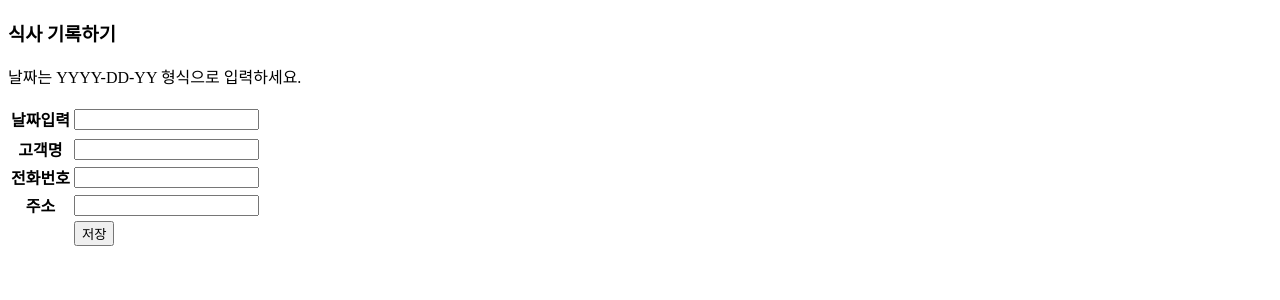
Repository: dkdud8140/OneDayProject_server
Page: http://localhost/Oneday_Server_food/food/insert
The author's editor kept a copy of each file at every save. The page is drawn from the files as they stood at one save, then again after the next save.
The browser window is 1280 px wide. The pictures show the whole page.
The page is served by Tomcat 9. Other server files are loaded and not shown.

Above is the page before, as saved 2021-05-10 05:10:33.

### Oneday_Server_food/src/main/webapp/WEB-INF/view/insert.jsp
<%@ page language="java" contentType="text/html; charset=UTF-8"
    pageEncoding="UTF-8"%>
<!DOCTYPE html>
<html>
<head>
<meta charset="UTF-8">
<title>식사 기록하기</title>
</head>
<body>
	<h3>식사 기록하기</h3>
	<p>날짜는 YYYY-DD-YY 형식으로 입력하세요.
	<form action = "POST">
		<table>
			<tr><th>날짜입력</th><td><input name = "date"></td></tr>
		</table>
	</form>




		<form method="POST">
		<table>
			<tr><th>고객명</th><td><input name ="name"></td></tr>
			<tr><th>전화번호</th><td><input name ="tel"></td></tr>
			<tr><th>주소</th><td><input name ="addr"></td></tr>
			<tr><th></th><td><button>저장</button></td></tr>
		</table>
	</form>



</body>
</html>

### Oneday_Server_food/src/main/java/com/com/food/controller/MainController.java
package com.com.food.controller;

import java.io.IOException;
import java.util.List;

import javax.servlet.RequestDispatcher;
import javax.servlet.ServletException;
import javax.servlet.annotation.WebServlet;
import javax.servlet.http.HttpServlet;
import javax.servlet.http.HttpServletRequest;
import javax.servlet.http.HttpServletResponse;

import com.com.food.model.MyfoodsDTO;
import com.com.food.service.DBConnection;
import com.com.food.service.impl.FoodImplV1;

@WebServlet("/food/*")
public class MainController extends HttpServlet {

	private static final long serialVersionUID = 1L;

	public DBConnection dbConn;
	public FoodImplV1 fSer;

	public MainController() {
		dbConn = new DBConnection();
		fSer = new FoodImplV1();
	}

	@Override
	protected void doGet(HttpServletRequest req, HttpServletResponse resp) throws ServletException, IOException {

		resp.setContentType("text/html;charset=UTF-8");
		String subPath = req.getPathInfo();

		if (subPath.equals("/selectall")) {
			List<MyfoodsDTO> mfList = fSer.selectAll();

			req.setAttribute("MFLIST", mfList);
			RequestDispatcher rDis = req.getRequestDispatcher("/WEB-INF/view/selectall.jsp");
			rDis.forward(req, resp);
		} else if (subPath.equals("/insert")) {

			RequestDispatcher rDis = req.getRequestDispatcher("/WEB-INF/view/insert.jsp");
			rDis.forward(req, resp);

		}

	}

	@Override
	protected void doPost(HttpServletRequest req, HttpServletResponse resp) throws ServletException, IOException {

	}

}

After the next save:
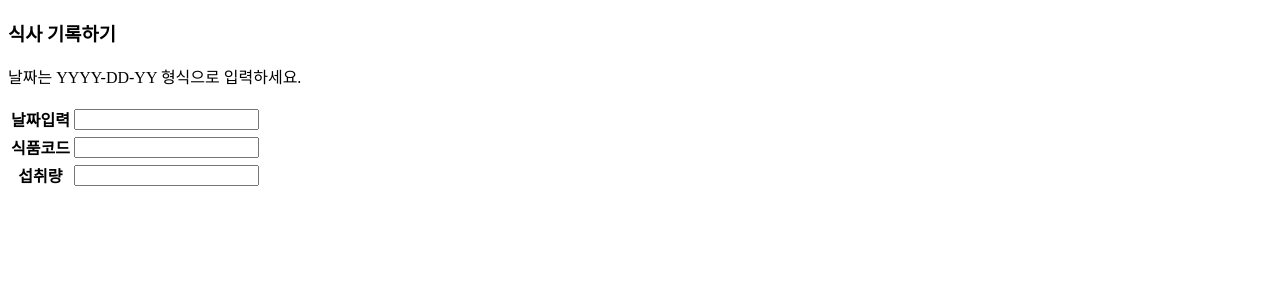
Saved 44 s later.
--- a/Oneday_Server_food/src/main/webapp/WEB-INF/view/insert.jsp
+++ b/Oneday_Server_food/src/main/webapp/WEB-INF/view/insert.jsp
@@ -12,22 +12,10 @@
 	<form action = "POST">
 		<table>
 			<tr><th>날짜입력</th><td><input name = "date"></td></tr>
+			<tr><th>식품코드</th><td><input name = "code"></td></tr>
+			<tr><th>섭취량</th><td><input name = "eat"></td></tr>
 		</table>
 	</form>
 
-
-
-
-		<form method="POST">
-		<table>
-			<tr><th>고객명</th><td><input name ="name"></td></tr>
-			<tr><th>전화번호</th><td><input name ="tel"></td></tr>
-			<tr><th>주소</th><td><input name ="addr"></td></tr>
-			<tr><th></th><td><button>저장</button></td></tr>
-		</table>
-	</form>
-
-
-
 </body>
 </html>
